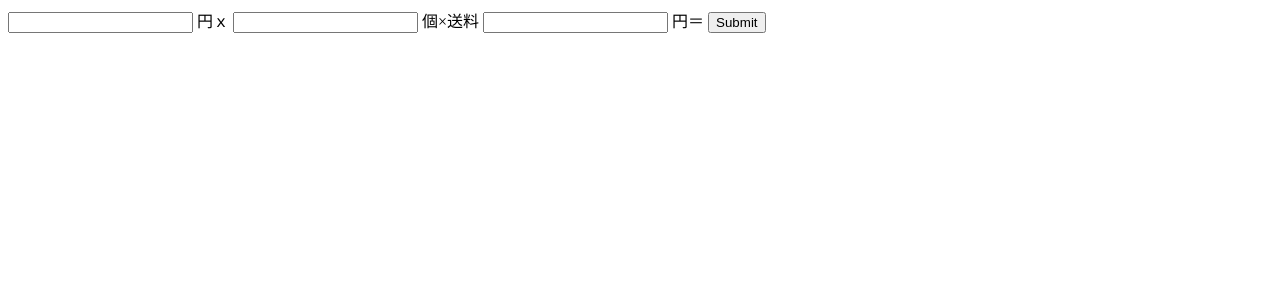
Repository: ryotarko/test
Page: http://localhost/HelloJSP/
These files come from the project's save history. The page is drawn as it stood at one moment and after the next save; the edit follows.
The browser window is 1280 px wide. The pictures show the whole page.
The page is served by Tomcat 9.

Above is the page before, as saved 2018-10-11 07:06:47.

After the next save:
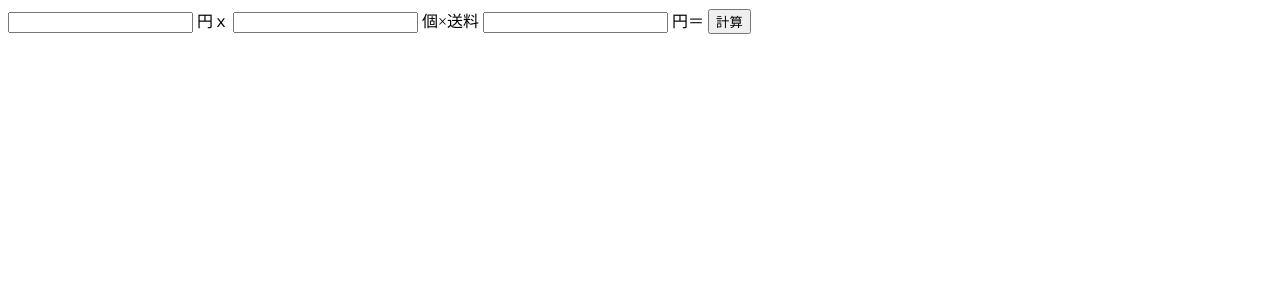
Saved 61 s later.
--- a/HelloJSP/WebContent/index.jsp
+++ b/HelloJSP/WebContent/index.jsp
@@ -14,7 +14,7 @@
 個×送料
 <input type ="text" name="delivery">
 円＝
-<input type ="submit" name="計算">
+<input type ="submit" value="計算">
 </form>
 </body>
 </html>
